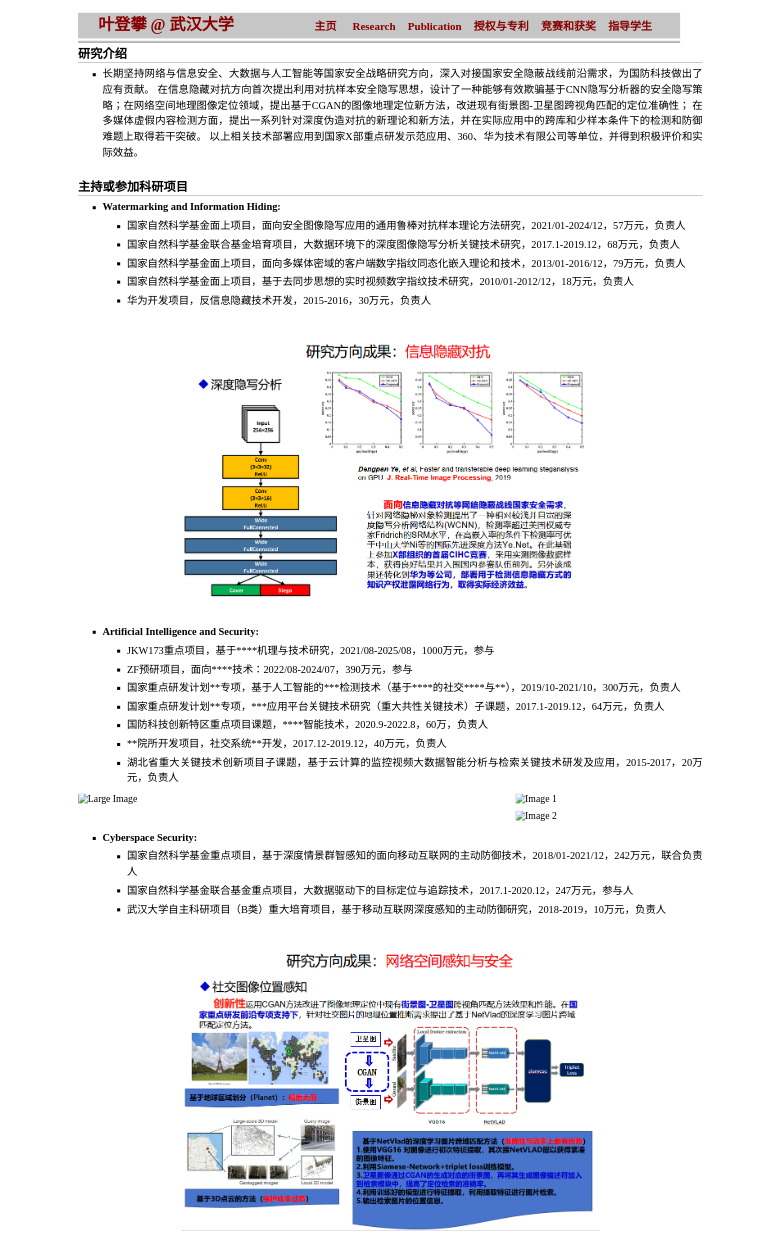
Repository: yedengpan/yedengpan.github.io
Page: research.html
These files come from the project's save history. The page is drawn as it stood at one moment and after the next save; the edit follows.
The browser window is 1280 px wide. The pictures show the whole page, at 61% of full size.

Above is the page before, as saved 2023-12-04 15:03:28.
Console error: SyntaxError: Unexpected token '%'
Not found: path_to_image1.jpg
Not found: path_to_image2.jpg
Not found: path_to_large_image.jpg

After the next save:
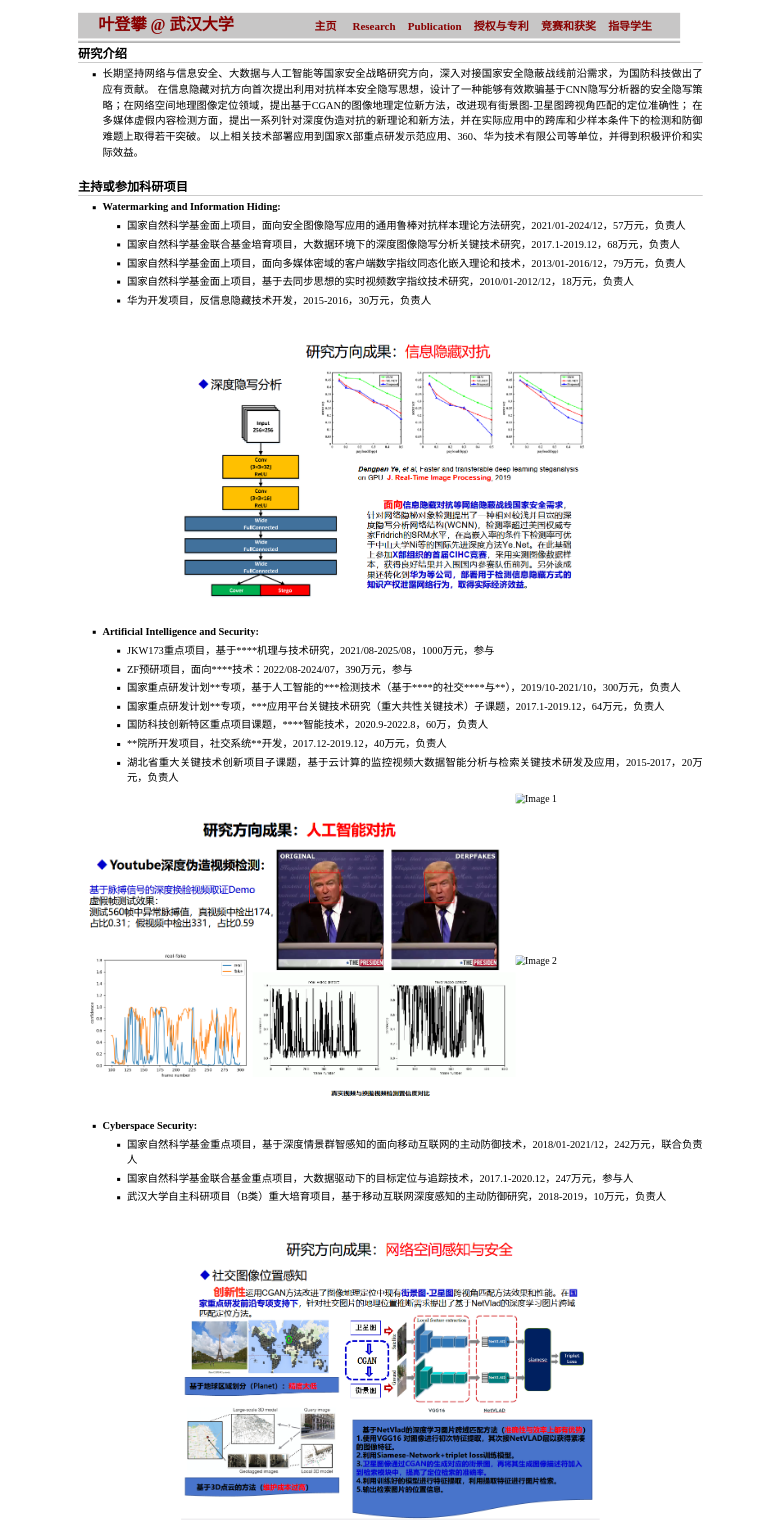
Saved 19 s later.
--- a/research.html
+++ b/research.html
@@ -109,7 +109,7 @@
         <!-- <img class="center-image" src="./source_files/222.png" alt="artificial_security" /> -->
         <div class="container">
             <div class="left-image">
-                <img src="path_to_large_image.jpg" alt="Large Image" style="width: 100%;">
+                <img src="./source_files/222.png" alt="Large Image" style="width: 100%;">
             </div>
             <div class="right-images">
                 <div class="right-image">
